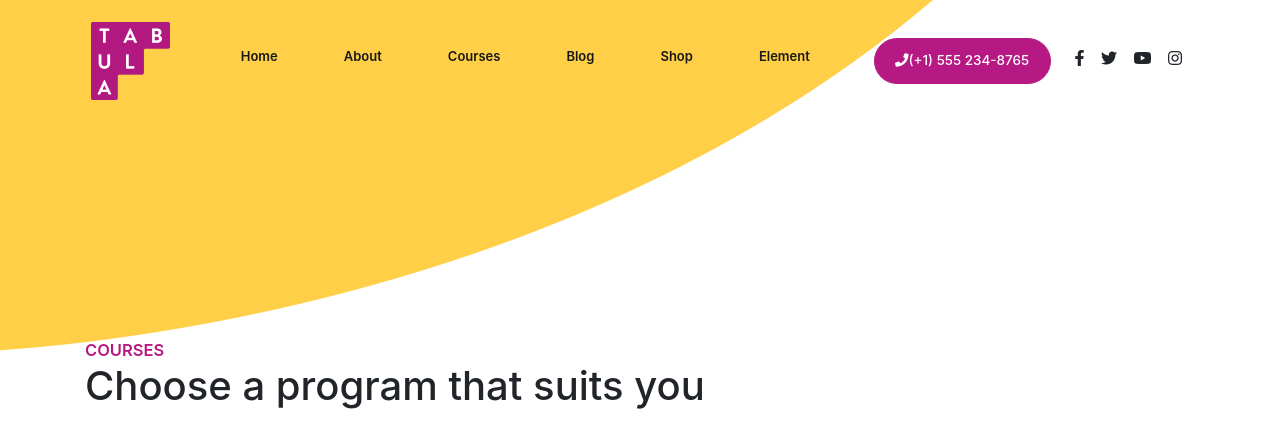
Repository: Khanh1234-glitch/TruongNguyenBaoKhanh_BC22_assignment__tabula
Page: Tabula/index.html
An editor plug-in stored every save of this project. The page is shown before and after the next save, followed by the edit.
The browser window is 1280 px wide. The pictures show the whole page.
The style sheet was rebuilt from its Sass, Less or Tailwind sources for each picture, by a compiler version that may differ from the author's.

Above is the page before, as saved 2022-04-16 09:28:17.

### Tabula/index.html
<!doctype html>
<html lang="en">

<head>
    <title>Title</title>
    <!-- Required meta tags -->
    <meta charset="utf-8">
    <meta name="viewport" content="width=device-width, initial-scale=1, shrink-to-fit=no">
    <!-- link css -->
    <link rel="stylesheet" href="./css/style.css">
    <!-- link fontawesome -->
    <link rel="stylesheet" href="https://cdnjs.cloudflare.com/ajax/libs/font-awesome/5.15.4/css/all.min.css">
    <!-- Bootstrap CSS -->
    <link rel="stylesheet" href="https://stackpath.bootstrapcdn.com/bootstrap/4.3.1/css/bootstrap.min.css" integrity="sha384-ggOyR0iXCbMQv3Xipma34MD+dH/1fQ784/j6cY/iJTQUOhcWr7x9JvoRxT2MZw1T" crossorigin="anonymous">
</head>

<body>
    <header>
        <nav class="navbar container navbar-expand-md navbar-dark">
            <!-- Toggler/collapsibe Button -->
            <button class="navbar-toggler" type="button" data-toggle="collapse" data-target="#collapsibleNavbar">
                <span class="navbar-toggler-icon"></span>
            </button>
            <!-- Brand -->
            <img src="./img/crest.png" alt="">
            <!-- Navbar links -->
            <div class="collapse navbar-collapse " id="collapsibleNavbar">
                <ul class="navbar-nav ml-auto">
                    <li class="nav-item">
                        <a class="nav-link" href="#">Home</a>
                    </li>
                    <li class="nav-item">
                        <a class="nav-link" href="#">About</a>
                    </li>
                    <li class="nav-item">
                        <a class="nav-link" href="#">Courses</a>
                    </li>
                    <li class="nav-item">
                        <a class="nav-link" href="#">Blog</a>
                    </li>
                    <li class="nav-item">
                        <a class="nav-link" href="#">Shop</a>
                    </li>
                    <li class="nav-item">
                        <a class="nav-link" href="#">Element</a>
                    </li>
                    <li class="button">
                        <button class="btn-header"><i class="fa fa-phone"></i> (+1) 555 234-8765</button>
                    </li>
                    <li class="nav-item" style="margin-top:10px">
                        <i class="fab fa-facebook-f"></i>
                        <i class="fab fa-twitter"></i>
                        <i class="fab fa-youtube"></i>
                        <i class="fab fa-instagram"></i>
                    </li>
                </ul>
            </div>
        </nav>
        <div class="hero-book container">
            <div class="text-left">
                <span>COURSES</span>
                <h1>Choose a program that suits you</h1>
            </div>
            <div class="img-right"></div>
        </div>
    </header>
    <!-- Optional JavaScript -->
    <!-- jQuery first, then Popper.js, then Bootstrap JS -->
    <script src="https://code.jquery.com/jquery-3.3.1.slim.min.js" integrity="sha384-q8i/X+965DzO0rT7abK41JStQIAqVgRVzpbzo5smXKp4YfRvH+8abtTE1Pi6jizo" crossorigin="anonymous"></script>
    <script src="https://cdnjs.cloudflare.com/ajax/libs/popper.js/1.14.7/umd/popper.min.js" integrity="sha384-UO2eT0CpHqdSJQ6hJty5KVphtPhzWj9WO1clHTMGa3JDZwrnQq4sF86dIHNDz0W1" crossorigin="anonymous"></script>
    <script src="https://stackpath.bootstrapcdn.com/bootstrap/4.3.1/js/bootstrap.min.js" integrity="sha384-JjSmVgyd0p3pXB1rRibZUAYoIIy6OrQ6VrjIEaFf/nJGzIxFDsf4x0xIM+B07jRM" crossorigin="anonymous"></script>
</body>

</html>

### Tabula/Sass/style.scss
@import "./helper/mixin";
@import "./helper/variable";
@import "./Component/navbar";
@import "./Component/button";
@import "./Component/social";
@import "./Component/herobook";

### Tabula/Sass/helper/_mixin.scss
@mixin content($fs, $fw, $color) {
    font-size: $fs;
    font-weight: $fw;
    background-color: $color;
}

@mixin content2($fs, $fw, $color) {
    font-size: $fs;
    font-weight: $fw;
    color: $color;
}

### Tabula/Sass/helper/_variable.scss
//color
$color:#e6afd4;
$color2:#181818;
$color3:#b61984 !important;
//font weight
$fw-1:500;
$fw-2:600;
$fw-3:700;
$fw-4:800;
//font-size
$fs-1:13px;
$fs-2:57px;
$fs-3:16.5px;
$fs-4:14.625px;
$fs-5:13.125px;
$fs-6:13.5px;
$fs-7:16.5px;

### Tabula/Sass/Component/_navbar.scss
body {
    background: url("./../../img/yellow_top_wave_01.png");
    background-repeat: no-repeat;
    header {
        .navbar-nav {
            .nav-item {
                a {
                    @include content2($fs-1,
                    $fw-2,
                    $color2);
                    line-height: 80px;
                    margin-right: 50px;
                    color: $color2 !important;
                    transition: all 0.5s;
                    &::after {
                        content: "";
                        width: 10px;
                        height: 10px;
                        margin-left: 7px;
                        border-radius: 100%;
                        display: block;
                        background-color: $color3;
                        transition: all 0.5s;
                        transform: scaleX(0);
                    }
                    &:hover {
                        color: $color3;
                        &::after {
                            transform: scaleX(1);
                        }
                    }
                }
            }
        }
    }
}

### Tabula/Sass/Component/_button.scss
    .navbar-nav {
        .button {
            display: flex;
            align-items: center;
            margin-right: 18px;
            button {
                @include content($fs-6, $fw-1, $color3);
                align-items: center;
                border-radius: 50px;
                display: flex;
                justify-content: center;
                line-height: 13.5px;
                margin: 6px;
                padding: 14.85px 20.25px;
                text-align: center;
                color: #fff;
                border: 1px solid $color3;
                transition: all 0.5s;
                &:hover {
                    border: 1px solid $color3;
                    background-color: #fff !important;
                    color: $color3;
                }
            }
        }
    }

### Tabula/Sass/Component/_social.scss
.navbar-nav {
    .nav-item {
        i {
            margin-right: 12px;
            line-height: 80px;
            cursor: pointer;
            transition: all 0.5s;
            &:hover {
                color: $color3;
            }
        }
    }
}

### Tabula/Sass/Component/_herobook.scss
.hero-book {
    margin-top: 216px;
    span {
        @include content2($fs-7, $fw-2, $color3);
        line-height: 19.8px;
    }
}

After the next save:
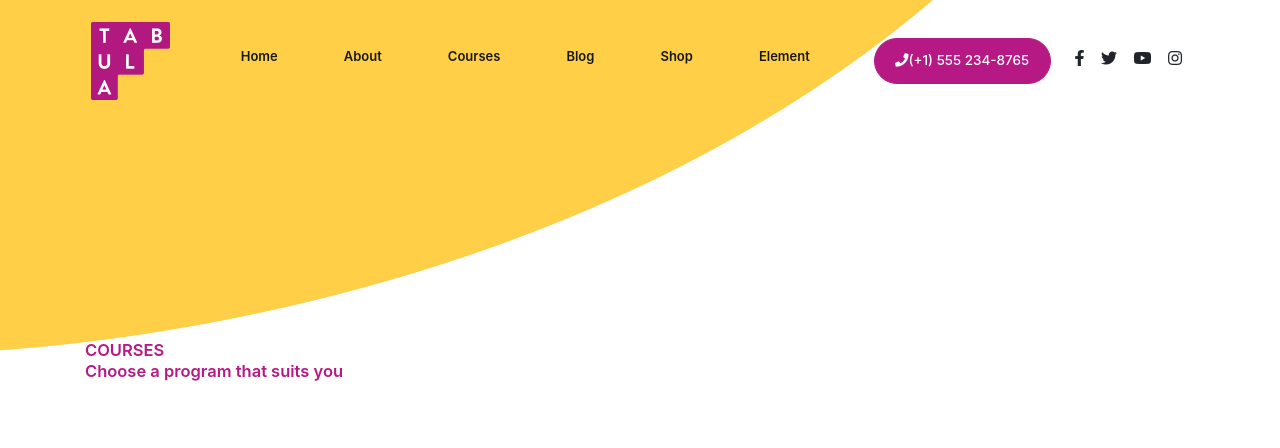
Saved 19 s later.
--- a/Tabula/Sass/Component/_herobook.scss
+++ b/Tabula/Sass/Component/_herobook.scss
@@ -4,4 +4,8 @@
         @include content2($fs-7, $fw-2, $color3);
         line-height: 19.8px;
     }
+    h1 {
+        @include content2($fs-7, $fw-2, $color3);
+        line-height: 19.8px;
+    }
 }
